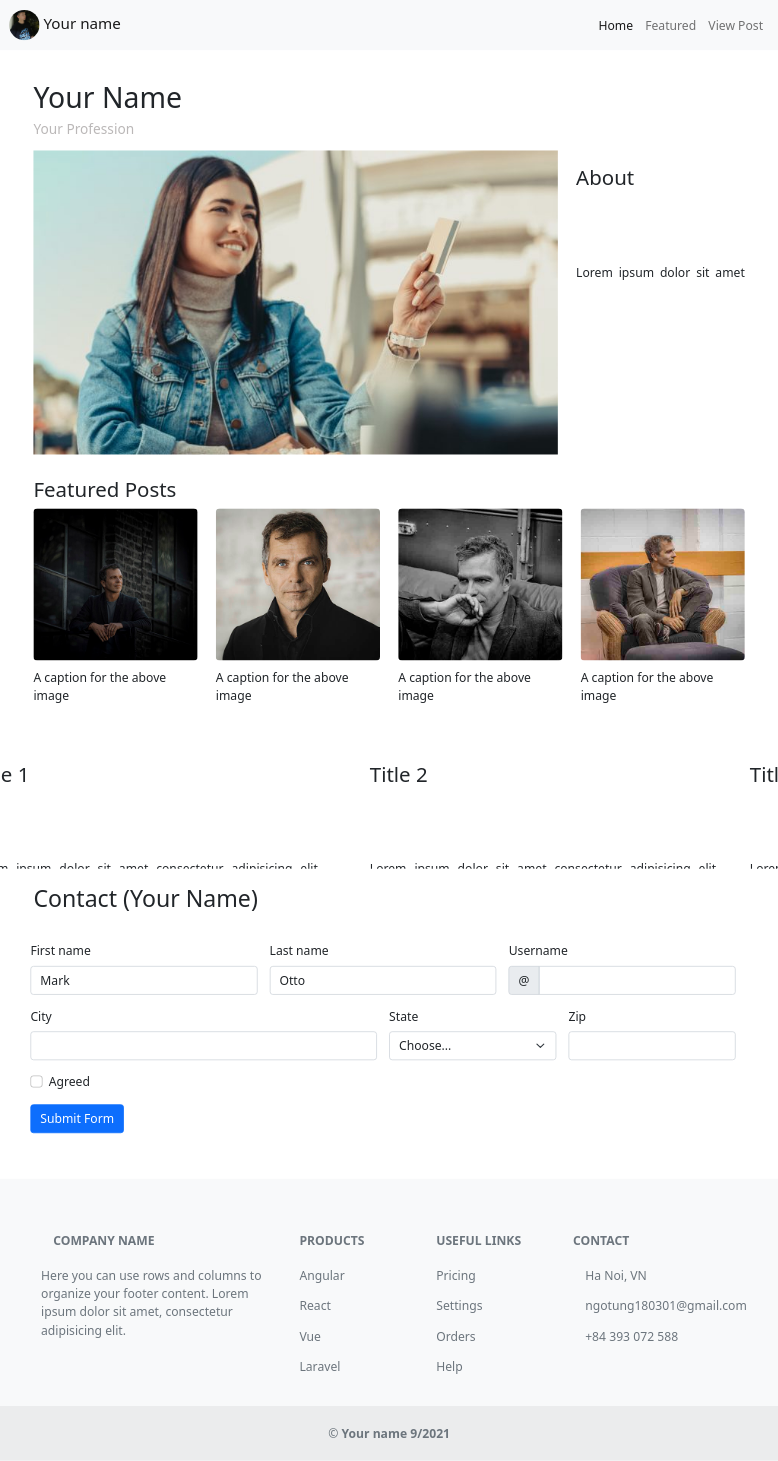
Repository: nvt01/72_1951061106_NgoVanTung
Page: BaiTh1/index.html
An editor plug-in stored every save of this project. The page is shown before and after a run of saves, followed by the edit.
The browser window is 1024 px wide. The pictures show the whole page, at 76% of full size.

Above is the page before, as saved 2021-12-01 11:00:18.

After the next 2 saves:
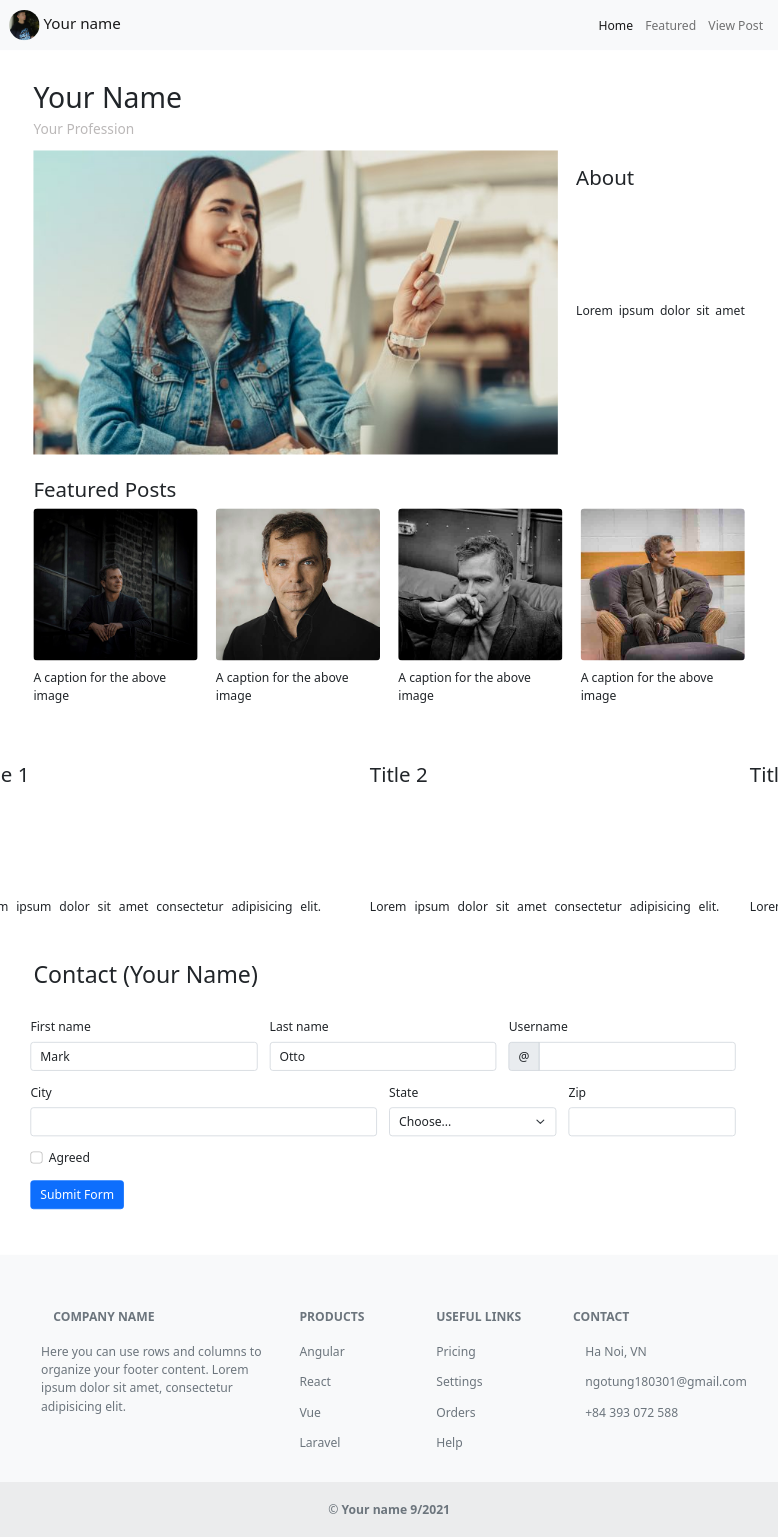
The 2 saves are shown as one change because they came seconds apart.
The last was saved 12 s later.
--- a/BaiTh1/style.css
+++ b/BaiTh1/style.css
@@ -71,8 +71,8 @@
         -webkit-box-orient: vertical;
         -webkit-line-clamp: 15;
         overflow: hidden;
-        height: 200px;
-        line-height: 200px;
+        height: 300px;
+        line-height: 300px;
     }
 }
 
